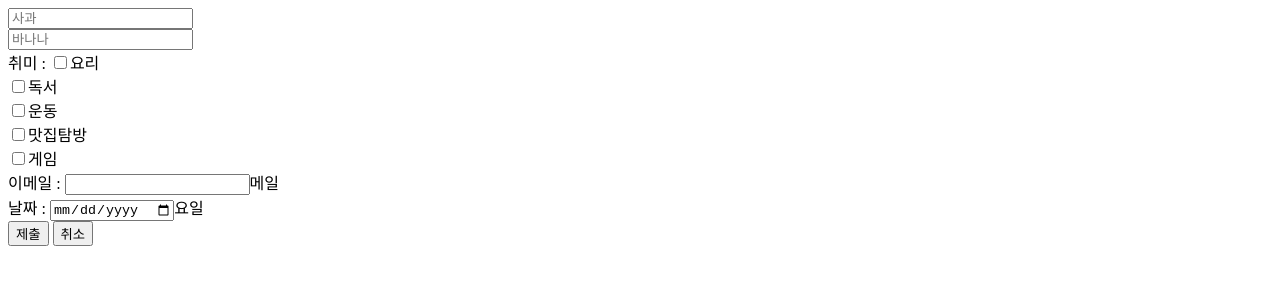
Repository: JongMin22/jsp.practice
Page: http://localhost/JSPBasic/JspObject/1.requests/req_param_sand.jsp
An editor plug-in stored every save of this project. The page is shown before and after the next save, followed by the edit.
The browser window is 1280 px wide. The pictures show the whole page.
The page is served by Tomcat 9.

Above is the page before, as saved 2022-02-03 06:10:53.

### JSPBasic/src/main/webapp/JspObject/1.requests/req_param_sand.jsp
<%@ page language="java" contentType="text/html; charset=UTF-8"
    pageEncoding="UTF-8"%>
<!DOCTYPE html>
<html>
<head>
<meta charset="UTF-8">
<title>Insert title here</title>
</head>
<body>
<%-- 아래에 form을 만들고 내부에 input 4개를 만들어주세요.
input 태그의 속성은 하나는 text 하나는 password
name속성은 하나는 apple 하나는 banana로 해주세요
reset 버튼과 submuit 버튼도 하나씩 만들어주세요

form의 action이 바로 목적지를 적는 부분
웹개발에서는 받을 페이지 화면의 주소를 적어줍니다. --%>

<form action="req_param_getpost.jsp" method="get">
<input type=text name="apple" placeholder="사과"/><br/>
<input type=password name="banana" placeholder="바나나"/><br/>

취미 :
<input type="checkbox" name="hobby">요리&nbsp; </br>
<input type="checkbox" name="hobby">독서&nbsp; </br>
<input type="checkbox" name="hobby">운동&nbsp; </br>
<input type="checkbox" name="hobby">맛집탐방&nbsp; </br>
<input type="checkbox" name="hobby">게임&nbsp; </br>
이메일 :
<input type="email" name="email">메일&nbsp; </br>
날짜	 :
<input type="date" name="date">요일&nbsp; </br>
<input type=submit value="제출"/>
<input type=reset value="취소"/>

</form>

</body>
</html>

After the next save:
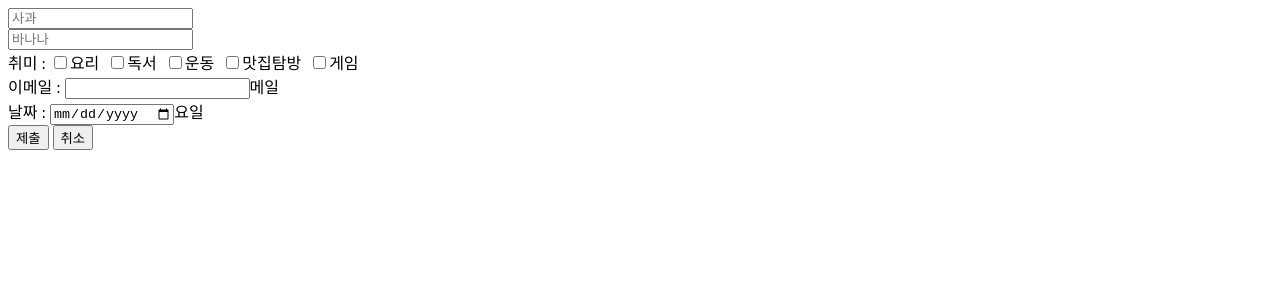
Saved 21 s later.
--- a/JSPBasic/src/main/webapp/JspObject/1.requests/req_param_sand.jsp
+++ b/JSPBasic/src/main/webapp/JspObject/1.requests/req_param_sand.jsp
@@ -20,11 +20,11 @@
 <input type=password name="banana" placeholder="바나나"/><br/>
 
 취미 :
-<input type="checkbox" name="hobby">요리&nbsp; </br>
-<input type="checkbox" name="hobby">독서&nbsp; </br>
-<input type="checkbox" name="hobby">운동&nbsp; </br>
-<input type="checkbox" name="hobby">맛집탐방&nbsp; </br>
-<input type="checkbox" name="hobby">게임&nbsp; </br>
+<input type="checkbox" name="hobby">요리&nbsp;
+<input type="checkbox" name="hobby">독서&nbsp;
+<input type="checkbox" name="hobby">운동&nbsp;
+<input type="checkbox" name="hobby">맛집탐방&nbsp;
+<input type="checkbox" name="hobby">게임&nbsp;</br>
 이메일 :
 <input type="email" name="email">메일&nbsp; </br>
 날짜	 :
